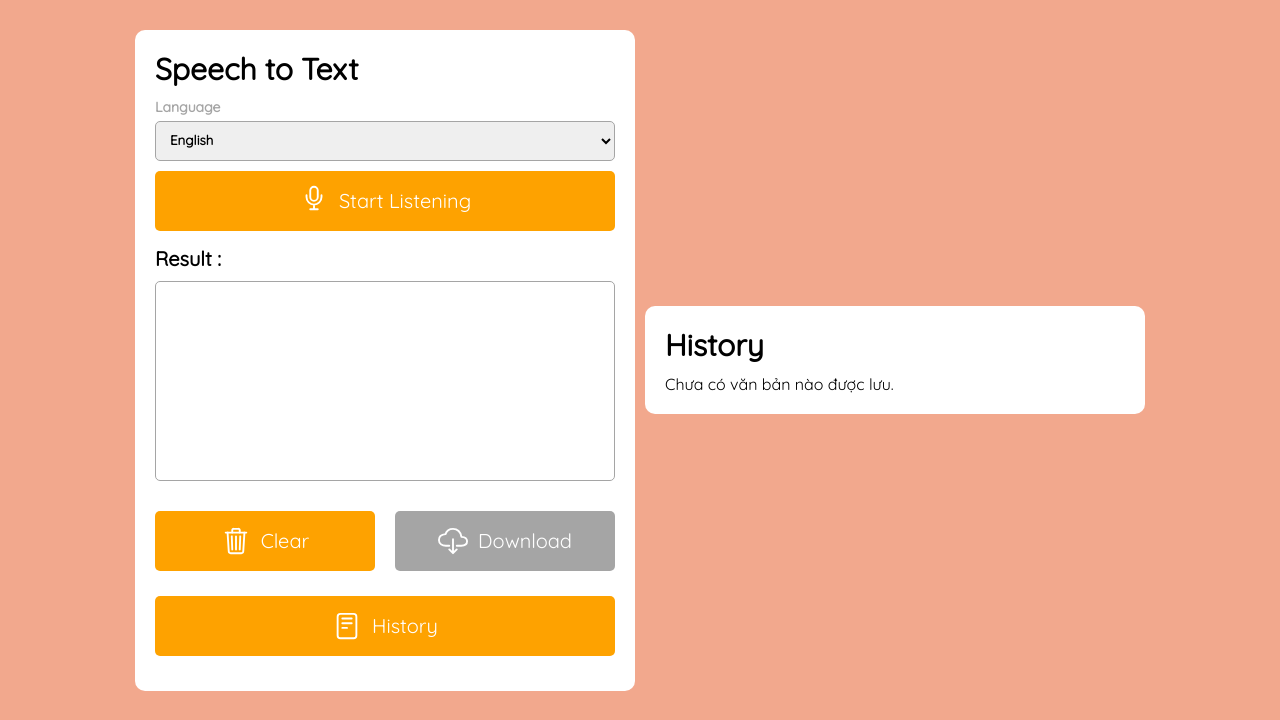
Repository: tsthuy/SpeechToText
Page: index.html
An editor plug-in stored every save of this project. The page is shown before and after the next save, followed by the edit.
The browser window is 1280 px wide. The pictures show the whole page.
After loading, the first visible `#viewSavedTexts` was clicked once.

Above is the page before, as saved 2023-08-28 05:12:26.

### index.html
<!DOCTYPE html>
<html lang="en">
  <head>
    <meta charset="UTF-8" />
    <meta http-equiv="X-UA-Compatible" content="IE=edge" />
    <meta name="viewport" content="width=device-width, initial-scale=1.0" />
    <link href="./images/icon.png" rel="shortcut icon" type="image/vnd.microsoft.icon" />
    <link rel="stylesheet" href="style.css" />
    <link href='https://fonts.googleapis.com/css?family=Quicksand' rel='stylesheet'>
    <title>Speech to Text</title>
  </head>
  <body>
    <div class="container">
      <p class="heading">Speech to Text</p>
      <div class="options">
        <div>
          <p>Language</p>
          <select name="input-language" id="language"></select>
        </div>
      </div>
      <button class="btn record">
        <div class="icon">
          <ion-icon name="mic-outline"></ion-icon>
          <img src="record.svg" alt="" />
        </div>
        <p>Start Listening</p>
      </button>
      <p class="heading receive">Result :</p>
      <div
        class="result"
        spellcheck="false"
        placeholder="Text will be shown here"
      >
        <p class="interim"></p>
      </div>
      <div class="buttons">
        <button class="btn clear">
          <ion-icon name="trash-outline"></ion-icon>
          <p>Clear</p>
        </button>
        <button class="btn download" disabled>
          <ion-icon name="cloud-download-outline"></ion-icon>
          <p>Download</p>
        </button>
      </div>
      <div class="buttons">
        <button class="btn store" id="viewSavedTexts">
          <ion-icon name="reader-outline"></ion-icon>
          <p>History</p>
        </button>

      </div>
    </div>
    <div class="container history" id="history">
      <p class="heading">History</p>
      <div id="savedTexts"></div>


    <!-- ion-icon -->
    <script
      type="module"
      src="https://unpkg.com/ionicons@5.5.2/dist/ionicons/ionicons.esm.js"
    ></script>
    <script
      nomodule
      src="https://unpkg.com/ionicons@5.5.2/dist/ionicons/ionicons.js"
    ></script>

    <!-- languages-->
    <script src="languages.js"></script>

    <!-- script -->
    <script src="script.js"></script>
  </body>
</html>

### style.css

:root {
  --primary-color: #FEA200;
  --bg-color: #fff;
  --text-color: #000;
  --light-text-color: #a5a5a5;
  --body-bg-color: #F2A88D;
}
* {
  margin: 0;
  padding: 0;
  box-sizing: border-box;
  font-family: "Quicksand", sans-serif;
}
body {
  min-height: 100vh;
  display: flex;
  align-items: center;
  justify-content: center;
  background-color: var(--body-bg-color);
  color: var(--text-color);
}
.container {
  width: 500px;
  padding: 20px;
  border-radius: 10px;
  background-color: var(--bg-color);
  margin: 0 5px;
}
.container .heading {
  font-size: 30px;
  font-weight: 800;
  margin-bottom: 10px;
}
.container .receive
{
  font-size: 20px;
}
.container .options select {
  width: 100%;
  padding: 10px;
  border: 1px solid var(--light-text-color);
  border-radius: 5px;
  outline: none;
}
.container .options div:not(:last-child) select {
  margin-bottom: 20px;
}
#language
{
  font-weight: 800;
}
.container .options p {
  font-size: 14px;
  font-weight: 600;
  margin-bottom: 5px;
  color: var(--light-text-color);
}
.btn {
  display: flex;
  align-items: center;
  justify-content: center;
  gap: 10px;
  margin-top: 10px;
  margin-bottom: 15px;
  height: 60px;
  padding: 20px;
  width: 100%;
  outline: none;
  border: none;
  border-radius: 5px;
  font-size: 20px;
  font-weight: 500;
  cursor: pointer;
  color: #fff;
  background-color: var(--primary-color);
}
.btn ion-icon {
  font-size: 30px;
}
.btn:disabled {
  background-color: var(--light-text-color);
  cursor: not-allowed;
}

.container .record img {
  width: 30px;
  height: 30px;
  display: none;
}
.container .record.recording img {
  display: block;
}
.container .record.recording ion-icon {
  display: none;
}
.container .result {
  width: 100%;
  min-height: 200px;
  padding: 10px;
  border: 1px solid var(--light-text-color);
  border-radius: 5px;
  font-size: 18px;
  font-weight: 500;
  margin-bottom: 20px;
  color: var(--text-color);
}
.container .result p {
  display: inline;
  margin-left: 3px;
  color: var(--light-text-color);
}
.buttons {
  display: flex;
  gap: 20px;
}
.history
{
  display: none;
}

### languages.js
const languages = [
  {
    no: "16",
    name: "English",
    native: "English",
    code: "en",
  },
  {
    no: "1",
    name: "Afrikaans",
    native: "Afrikaans",
    code: "af",
  },
  {
    no: "2",
    name: "Albanian",
    native: "Shqip",
    code: "sq",
  },
  {
    no: "3",
    name: "Arabic",
    native: "عربي",
    code: "ar",
  },
  {
    no: "4",
    name: "Armenian",
    native: "Հայերէն",
    code: "hy",
  },
  {
    no: "5",
    name: "Azerbaijani",
    native: "آذربایجان دیلی",
    code: "az",
  },
  {
    no: "6",
    name: "Basque",
    native: "Euskara",
    code: "eu",
  },
  {
    no: "7",
    name: "Belarusian",
    native: "Беларуская",
    code: "be",
  },
  {
    no: "8",
    name: "Bulgarian",
    native: "Български",
    code: "bg",
  },
  {
    no: "9",
    name: "Catalan",
    native: "Català",
    code: "ca",
  },
  {
    no: "10",
    name: "Chinese (Simplified)",
    native: "中文简体",
    code: "zh-CN",
  },
  {
    no: "11",
    name: "Chinese (Traditional)",
    native: "中文繁體",
    code: "zh-TW",
  },
  {
    no: "12",
    name: "Croatian",
    native: "Hrvatski",
    code: "hr",
  },
  {
    no: "13",
    name: "Czech",
    native: "Čeština",
    code: "cs",
  },
  {
    no: "14",
    name: "Danish",
    native: "Dansk",
    code: "da",
  },
  {
    no: "15",
    name: "Dutch",
    native: "Nederlands",
    code: "nl",
  },
  {
    no: "17",
    name: "Estonian",
    native: "Eesti keel",
    code: "et",
  },
  {
    no: "18",
    name: "Filipino",
    native: "Filipino",
    code: "tl",
  },
  {
    no: "19",
    name: "Finnish",
    native: "Suomi",
    code: "fi",
  },
  {
    no: "20",
    name: "French",
    native: "Français",
    code: "fr",
  },
  {
    no: "21",
    name: "Galician",
    native: "Galego",
    code: "gl",
  },
  {
    no: "22",
    name: "Georgian",
    native: "ქართული",
    code: "ka",
  },
  {
    no: "23",
    name: "German",
    native: "Deutsch",
    code: "de",
  },
  {
    no: "24",
    name: "Greek",
    native: "Ελληνικά",
    code: "el",
  },
  {
    no: "25",
    name: "Haitian Creole",
    native: "Kreyòl ayisyen",
    code: "ht",
  },
  {
    no: "26",
    name: "Hebrew",
    native: "עברית",
    code: "iw",
  },
  {
    no: "27",
    name: "Hindi",
    native: "हिन्दी",
    code: "hi",
  },
  {
    no: "28",
    name: "Hungarian",
    native: "Magyar",
    code: "hu",
  },
  {
    no: "29",
    name: "Icelandic",
    native: "Íslenska",
    code: "is",
  },
  {
    no: "30",
    name: "Indonesian",
    native: "Bahasa Indonesia",
    code: "id",
  },
  {
    no: "31",
    name: "Irish",
    native: "Gaeilge",
    code: "ga",
  },
  {
    no: "32",
    name: "Italian",
    native: "Italiano",
    code: "it",
  },
  {
    no: "33",
    name: "Japanese",
    native: "日本語",
    code: "ja",
  },
  {
    no: "34",
    name: "Korean",
    native: "한국어",
    code: "ko",
  },
  {
    no: "35",
    name: "Latvian",
    native: "Latviešu",
    code: "lv",
  },
  {
    no: "36",
    name: "Lithuanian",
    native: "Lietuvių kalba",
    code: "lt",
  },
  {
    no: "37",
    name: "Macedonian",
    native: "Македонски",
    code: "mk",
  },
  {
    no: "38",
    name: "Malay",
    native: "Malay",
    code: "ms",
  },
  {
    no: "39",
    name: "Maltese",
    native: "Malti",
    code: "mt",
  },
  {
    no: "40",
    name: "Norwegian",
    native: "Norsk",
    code: "no",
  },
  {
    no: "41",
    name: "Persian",
    native: "فارسی",
    code: "fa",
  },
  {
    no: "42",
    name: "Polish",
    native: "Polski",
    code: "pl",
  },
  {
    no: "43",
    name: "Portuguese",
    native: "Português",
    code: "pt",
  },
  {
    no: "44",
    name: "Romanian",
    native: "Română",
    code: "ro",
  },
  {
    no: "45",
    name: "Russian",
    native: "Русский",
    code: "ru",
  },
  {
    no: "46",
    name: "Serbian",
    native: "Српски",
    code: "sr",
  },
  {
    no: "47",
    name: "Slovak",
    native: "Slovenčina",
    code: "sk",
  },
  {
    no: "48",
    name: "Slovenian",
    native: "Slovensko",
    code: "sl",
  },
  {
    no: "49",
    name: "Spanish",
    native: "Español",
    code: "es",
  },
  {
    no: "50",
    name: "Swahili",
    native: "Kiswahili",
    code: "sw",
  },
  {
    no: "51",
    name: "Swedish",
    native: "Svenska",
    code: "sv",
  },
  {
    no: "52",
    name: "Thai",
    native: "ไทย",
    code: "th",
  },
  {
    no: "53",
    name: "Turkish",
    native: "Türkçe",
    code: "tr",
  },
  {
    no: "54",
    name: "Ukrainian",
    native: "Українська",
    code: "uk",
  },
  {
    no: "55",
    name: "Urdu",
    native: "اردو",
    code: "ur",
  },
  {
    no: "56",
    name: "Vietnamese",
    native: "Tiếng Việt",
    code: "vi",
  },
  {
    no: "57",
    name: "Welsh",
    native: "Cymraeg",
    code: "cy",
  },
  {
    no: "58",
    name: "Yiddish",
    native: "ייִדיש",
    code: "yi",
  },
];

### script.js
  const recordBtn = document.querySelector(".record"),
  result = document.querySelector(".result"),
  downloadBtn = document.querySelector(".download"),
  inputLanguage = document.querySelector("#language"),
  clearBtn = document.querySelector(".clear");
  var savedTextsElement = document.getElementById('savedTexts');
  var viewSavedTextsButton = document.getElementById('viewSavedTexts');
  const history = document.getElementById("history");
  let SpeechRecognition =
  window.SpeechRecognition || window.webkitSpeechRecognition,
  recognition,
  recording = false;
  viewSavedTextsButton.addEventListener("click", () => {
    history.style.display = "block";
  });
function populateLanguages() {
  languages.forEach((lang) => {
    const option = document.createElement("option");
    option.value = lang.code;
    option.innerHTML = lang.name;
    inputLanguage.appendChild(option);
  });
}

populateLanguages();

function saveText(text) {
  // Kiểm tra xem localStorage đã được hỗ trợ trong trình duyệt hay chưa
  if (typeof Storage !== 'undefined') {
    // Lấy danh sách các văn bản đã lưu từ localStorage (nếu có)
    var savedTexts = localStorage.getItem('savedTexts');

    // Kiểm tra xem danh sách đã lưu có tồn tại hay chưa
    if (savedTexts) {
      savedTexts = JSON.parse(savedTexts);
    } else {
      savedTexts = [];
    }

    // Thêm văn bản mới vào danh sách
    savedTexts.push(text);

    // Lưu danh sách đã cập nhật vào localStorage
    localStorage.setItem('savedTexts', JSON.stringify(savedTexts));
  } else {
    console.log('LocalStorage không được hỗ trợ trong trình duyệt.');
  }
}

function speechToText() {
  try {
    recognition = new SpeechRecognition();
    recognition.lang = inputLanguage.value;
    recognition.interimResults = true;
    recordBtn.classList.add("recording");
    recordBtn.querySelector("p").innerHTML = "Listening...";
    recognition.start();
    recognition.onresult = (event) => {
      const speechResult = event.results[0][0].transcript;
      //detect when intrim results
      if (event.results[0].isFinal) {
        result.innerHTML += " " + speechResult;
        result.querySelector("p").remove();
      } else {
        //creative p with class interim if not already there
        if (!document.querySelector(".interim")) {
          const interim = document.createElement("p");
          interim.classList.add("interim");
          result.appendChild(interim);
        }
        //update the interim p with the speech result
        document.querySelector(".interim").innerHTML = " " + speechResult;
      }
      downloadBtn.disabled = false;
      saveText(speechResult); // Lưu văn bản đã chuyển đổi
    };
    recognition.onspeechend = () => {
      speechToText();
    };
    recognition.onerror = (event) => {
      stopRecording();
      if (event.error === "no-speech") {
        alert("No speech was detected. Stopping...");
      } else if (event.error === "audio-capture") {
        alert(
          "No microphone was found. Ensure that a microphone is installed."
        );
      } else if (event.error === "not-allowed") {
        alert("Permission to use microphone is blocked.");
      } else if (event.error === "aborted") {
        alert("Listening Stopped.");
      } else {
        alert("Error occurred in recognition: " + event.error);
      }
    };
  } catch (error) {
    recording = false;
    console.log(error);
  }
}

recordBtn.addEventListener("click", () => {
  if (!recording) {
    speechToText();
    recording = true;
  } else {
    stopRecording();
  }
});

function stopRecording() {
  recognition.stop();
  recordBtn.querySelector("p").innerHTML = "Start Listening";
  recordBtn.classList.remove("recording");
  recording = false;
}

function download() {
  const text = result.innerText;
  const filename= "speech.txt";

  const element = document.createElement("a");
  element.setAttribute(
    "href",
    "data:text/plain;charset=utf-8," + encodeURIComponent(text)
  );
  element.setAttribute("download", filename);
  element.style.display = "none";
  document.body.appendChild(element);
  element.click();
  document.body.removeChild(element);
}

downloadBtn.addEventListener("click", download);

clearBtn.addEventListener("click", () => {
  result.innerHTML = "";
  downloadBtn.disabled = true;
});

// History
// Hiển thị các văn bản đã lưu
function displaySavedTexts() {
  // Kiểm tra xem localStorage đã được hỗ trợ trong trình duyệt hay chưa
  if (typeof Storage !== 'undefined') {
    // Lấy danh sách các văn bản đã lưu từ localStorage (nếu có)
    var savedTexts = localStorage.getItem('savedTexts');

    // Kiểm tra xem danh sách đã lưu có tồn tại hay chưa
    if (savedTexts) {
      savedTexts = JSON.parse(savedTexts);

      // Xóa nội dung hiện tại của phần tử hiển thị
      savedTextsElement.innerHTML = '';

      // Hiển thị từng văn bản đã lưu trong phần tử hiển thị
      savedTexts.forEach(function (text) {
        var textElement = document.createElement('p');
        textElement.textContent = text;
        savedTextsElement.appendChild(textElement);
      });
    } else {
      savedTextsElement.textContent = 'Chưa có văn bản nào được lưu.';
    }
  } else {
    console.log('LocalStorage không được hỗ trợ trong trình duyệt.');
  }
}

// Gọi hàm hiển thị các văn bản đã lưu khi người dùng nhấp vào nút
viewSavedTextsButton.addEventListener('click', displaySavedTexts);

After the next save:
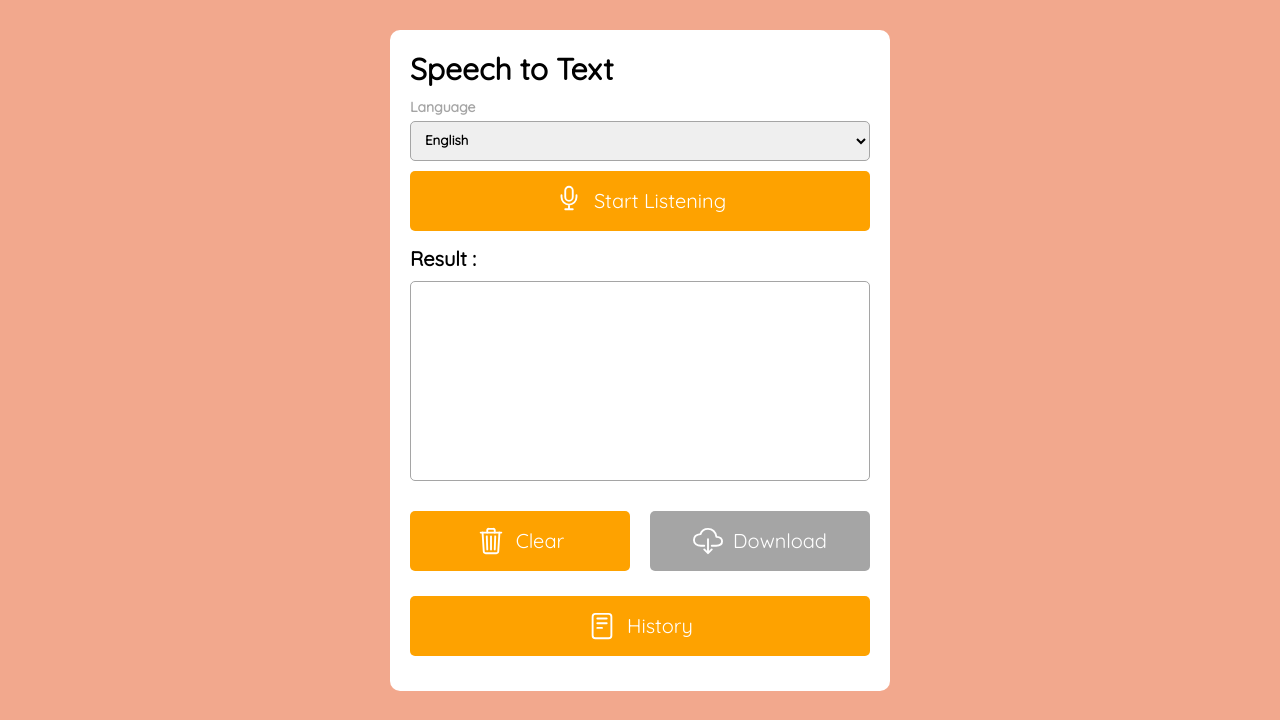
Console error: TypeError: Cannot set properties of undefined (setting 'display')
Saved 79 s later.
--- a/script.js
+++ b/script.js
@@ -5,14 +5,16 @@
   clearBtn = document.querySelector(".clear");
   var savedTextsElement = document.getElementById('savedTexts');
   var viewSavedTextsButton = document.getElementById('viewSavedTexts');
-  const history = document.getElementById("history");
+  var history = document.querySelector(".history");
   let SpeechRecognition =
   window.SpeechRecognition || window.webkitSpeechRecognition,
   recognition,
   recording = false;
-  viewSavedTextsButton.addEventListener("click", () => {
-    history.style.display = "block";
-  });
+
+  viewSavedTextsButton.addEventListener('click', () =>
+  {
+      history.style.display = "block";
+  })
 function populateLanguages() {
   languages.forEach((lang) => {
     const option = document.createElement("option");

After the 4 saves that followed:
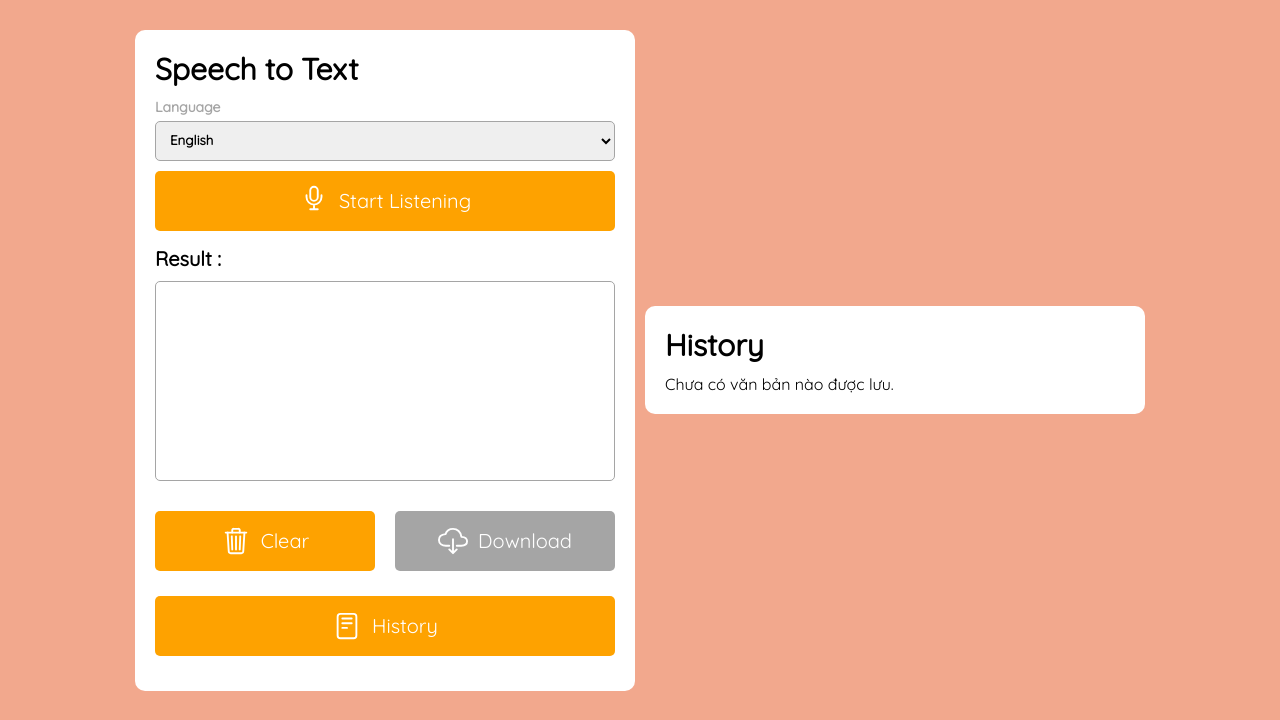
The error is gone.
The 4 saves are shown as one change because 3 left the picture as it was.
The last was saved 83 s later.
--- a/script.js
+++ b/script.js
@@ -5,12 +5,12 @@
   clearBtn = document.querySelector(".clear");
   var savedTextsElement = document.getElementById('savedTexts');
   var viewSavedTextsButton = document.getElementById('viewSavedTexts');
-  var history = document.querySelector(".history");
+  // var history = document.querySelector(".history");
   let SpeechRecognition =
   window.SpeechRecognition || window.webkitSpeechRecognition,
   recognition,
   recording = false;
-
+  const history = document.getElementById("history");
   viewSavedTextsButton.addEventListener('click', () =>
   {
       history.style.display = "block";
